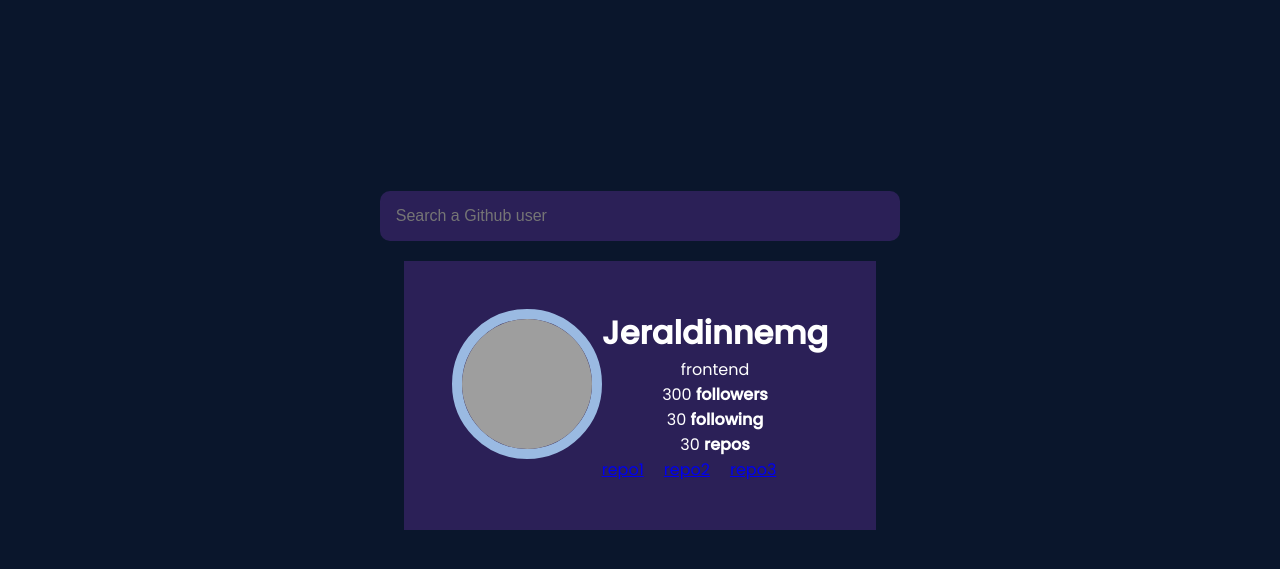
Repository: jeraldinnemg/githubprofile
Page: index.html
The author's editor kept a copy of each file at every save. The page is drawn from the files as they stood at one save, then again after the next save.
The browser window is 1280 px wide. The pictures show the whole page.
Pictures or frames that could not be fetched are drawn as grey boxes.

Above is the page before, as saved 2022-09-16 23:07:29.

After the next save:
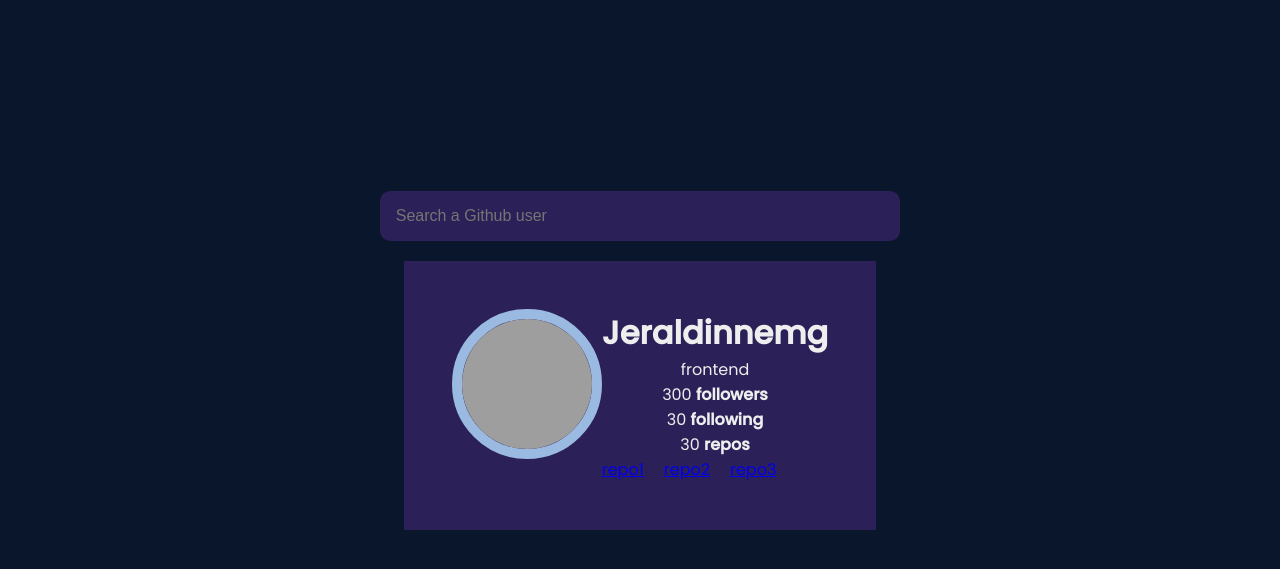
Saved 33 s later.
--- a/style.css
+++ b/style.css
@@ -79,6 +79,10 @@ img {
     width: 150px;;
 }
 
+.profile-content {
+    color: #eee;
+}
+
 .user-repos{
     display: flex;
     gap:20px
